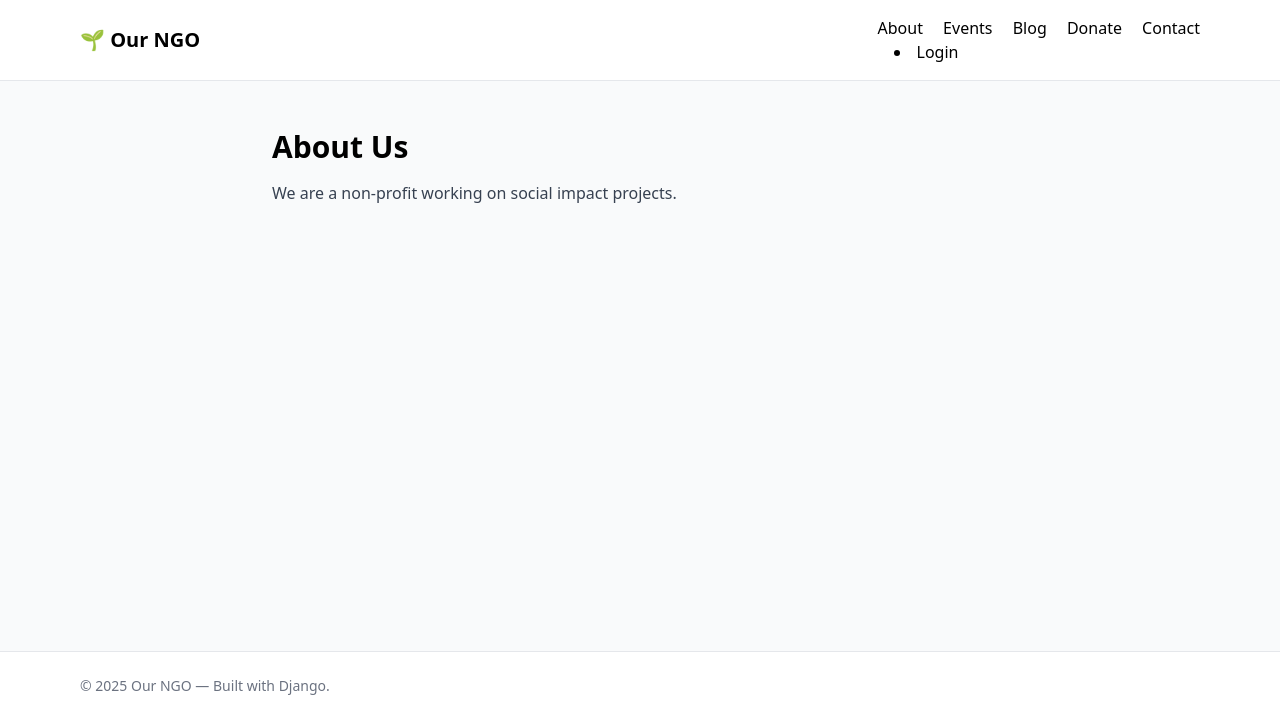
Repository: falak346/OUR-NGO
Page: http://localhost/about/
These files come from the project's save history. The page is drawn as it stood at one moment and after the next save; the edit follows.
The browser window is 1280 px wide. The pictures show the whole page.
Some web libraries are served in a nearby version. The page is served by the project's application, run on Django 5.2 (ngo_site/manage.py).

Above is the page before, as saved 2025-11-13 11:17:28.

After the next save:
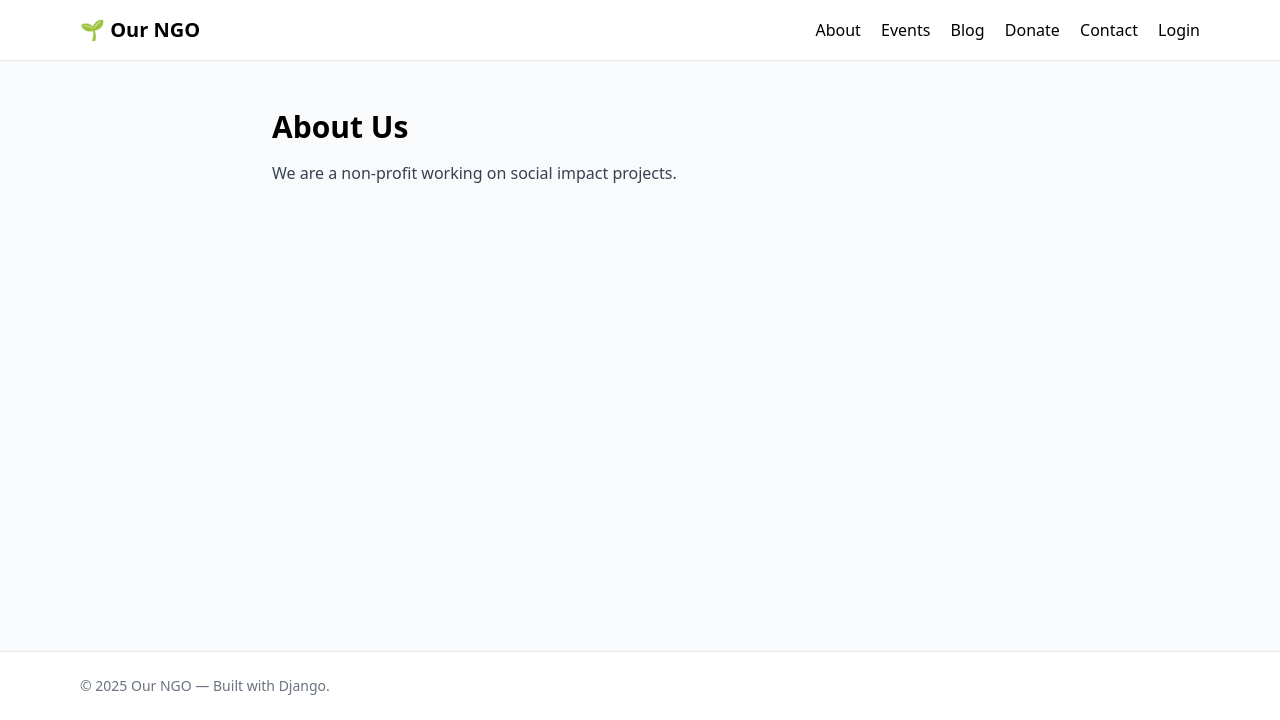
Saved 72 s later.
--- a/ngo_site/ngo_site/templates/base.html
+++ b/ngo_site/ngo_site/templates/base.html
@@ -27,7 +27,7 @@
         {% if user.is_authenticated %}
           <li><a href="{% url 'logout' %}?next=/">Logout</a></li>
         {% else %}
-          <li><a href="{% url 'login' %}">Login</a></li>
+          <a href="{% url 'login' %}">Login</a>
         {% endif %}
         {% endif %}
       </nav>
